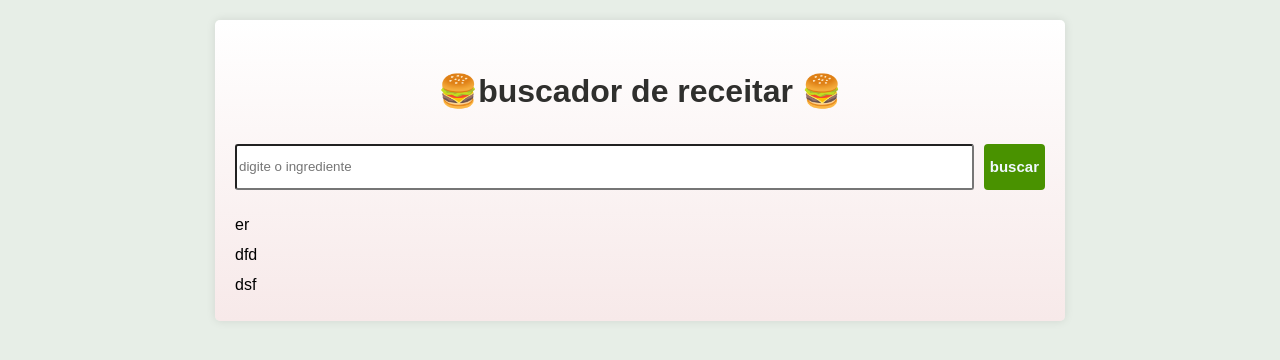
Repository: RoneT9/Receitas
Page: receita.html
The author's editor kept a copy of each file at every save. The page is drawn from the files as they stood at one save, then again after the next save.
The browser window is 1280 px wide. The pictures show the whole page.

Above is the page before, as saved 2026-02-11 17:48:49.

### receita.html
<!doctype html>
<html lang="en">
  <head>
    <meta charset="UTF-8" />
    <meta name="viewport" content="width=device-width, initial-scale=1.0" />
    <link rel="stylesheet" href="receita.css" />
    <title>Document</title>
  </head>
  <body>
    <main class="container">
      <h1>buscador de receitar</h1>
      <form class="search-form">
        <input type="text" placeholder="digite o ingrediente" class="seach-ipunt" />
        <button class="btn" type="submit">buscar</button>
      </form>
      <div class="loading">er</div>
      <div class="recipe-list">dfd</div>
      <div class="recipe- details">dsf</div>
    </main>
  </body>
  <script src="receita.js"></script>
</html>

### receita.css
body {
  margin: 0;
  padding: 20px;
  line-height: 1.9;
  font-family: sans-serif;
  background-color: rgb(231, 238, 231);
}

.container {
  width: 810px;
  background: linear-gradient(to top, rgb(247, 233, 233), white);
  margin: 0 auto;
  padding: 20px;
  box-shadow: 0 0 10px rgba(0, 0, 0, 0.1);
  border-radius: 5px;
}

h1 {
  color: rgb(47, 47, 45);
  text-align: center;
}

.search-form {
  display: flex;
  gap: 10px;
  margin-bottom: 20px;
}

.seach-ipunt {
  flex: 1;
  height: 28px;
  outline: none;
  border-radius: 3px;
  height: 40px;
}

.seach-ipunt:focus {
  background-color: rgb(221, 219, 217);
}

.btn {
  padding: 10px 20;
  background-color: rgb(73, 146, 0);
  cursor: pointer;
  border-radius: 4px;
  border: none;
  color: aliceblue;
  font-weight: 600;
  font-size: 15px;
  transition: 0.5s ease-out;
}

.btn:hover {
  background-color: rgb(94, 173, 14);
}

.btn:active {
  transform: scaleX(1.2);
}

h1::before {
  content: "🍔";
  color: brown;
}

h1::after {
  content: " 🍔";
  color: brown;
  object-fit: fill;
}

.recipe-card {
  border: 1px solid #decfcf;
  border-radius: 5px;
  text-align: center;
  cursor: pointer;
  transition: 0.05s;
  width: 400px;
}

.recipe-card img {
  margin: 30px;
  height: 200px;
  width: 250px;
  object-fit: cover;
  border-radius: 5px;
  box-shadow: 0 0 10px rgba(0, 0, 0, 0.1);
  transition: 02s;
}

img:hover {
  transform: scaleX(1.1);
  transform: scaleY(1.1);
}

.recipe-list {
  display: grid;
  grid-template-columns: repeat(auto-fill, minmax(200px, 1fr));
  gap: 3px;
}

### receita.js
//ALGORITMOS

//Saber quando o usuario clicou na receita
//Busca informaçães da receita individual na API
//Colocar a receita individualna tela

//Pegar a informação do input , quando o botão for clicado
const input = document.querySelector(".seach-ipunt");
const form = document.querySelector(".search-form");
const recipelist = document.querySelector(".recipe-list");

form.addEventListener("submit", (e) => {
  e.preventDefault();
  const inputValue = e.target[0].value;
  seachRecipes(inputValue);
});

//Ir ate a API , trazer as receitas
async function seachRecipes(ingredient) {
  const response = await fetch(`https://www.themealdb.com/api/json/v1/1/filter.php?i=${ingredient}`);
  const data = await response.json();
  showRecipe(data.meals);
}

//Colocar as receitas na tela
function showRecipe(recipes) {
  recipelist.innerHTML = recipes
    .map(
      (item) =>
        `
    <div class ="recipe-card">
    <img src = "${item.strMealThumb}" alt = "recipe-photo">
    <h3>${item.strMeal}</h3>
    </div>
    <br/>
    `,
    )
    .join("");
}

After the next save:
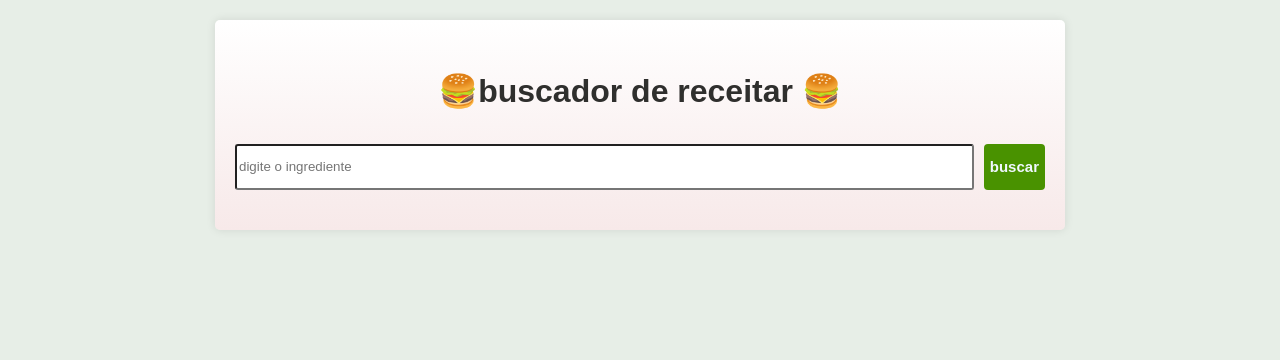
Saved 31 s later.
--- a/receita.html
+++ b/receita.html
@@ -13,9 +13,9 @@
         <input type="text" placeholder="digite o ingrediente" class="seach-ipunt" />
         <button class="btn" type="submit">buscar</button>
       </form>
-      <div class="loading">er</div>
-      <div class="recipe-list">dfd</div>
-      <div class="recipe- details">dsf</div>
+      <div class="loading"></div>
+      <div class="recipe-list"></div>
+      <div class="recipe- details"></div>
     </main>
   </body>
   <script src="receita.js"></script>
